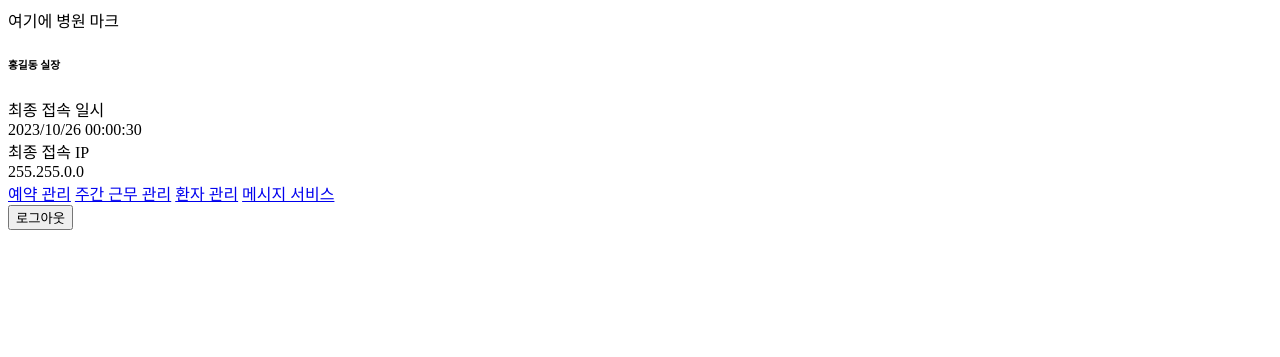
Repository: j-pyohub/LIBRARY_PROJECT
Page: CRM_Project/WebContent/doctorSidebar.html
These files come from the project's save history. The page is drawn as it stood at one moment and after the next save; the edit follows.
The browser window is 1280 px wide. The pictures show the whole page.

Above is the page before, as saved 2025-10-11 08:48:40.

### CRM_Project/WebContent/doctorSidebar.html
<meta charset="utf-8">
<!-- sidebar.html -->
<aside class="bg-white border-end vh-100 d-flex flex-column p-3">
  <!--  <div class="text-center mb-4">
    <img src="hospital_logo.png" alt="병원 로고" class="img-fluid" style="max-width:100px;">
  </div>-->
  	<div>여기에 병원 마크</div>
  <div class="card mb-4">

    <div class="card-body text-center">
      <h6 class="fw-bold mb-1">홍길동 <span class="text-muted">실장</span></h6>
      <div class="small text-muted">최종 접속 일시</div>
      <div class="small">2023/10/26 00:00:30</div>
      <div class="small text-muted mt-2">최종 접속 IP</div>
      <div class="small">255.255.0.0</div>
    </div>
  </div>

  <nav class="nav flex-column gap-1 mb-auto" id="sidebar-nav">
    <a href="/reserve.html" class="nav-link text-dark" data-route="reserve">예약 관리</a>
    <a href="/manageDoctorSchedule.html"   class="nav-link text-dark" data-route="manageDoctorSchedule">주간 근무 관리</a>
    <a href="/patientList.html" class="nav-link text-dark" data-route="patientList">환자 관리</a>
    <a href="/smsService.html"  class="nav-link text-dark" data-route="smsService">메시지 서비스</a>
  </nav>

  <div class="mt-4 text-center">
    <button class="btn btn-danger w-100">로그아웃</button>
  </div>
</aside>

After the next save:
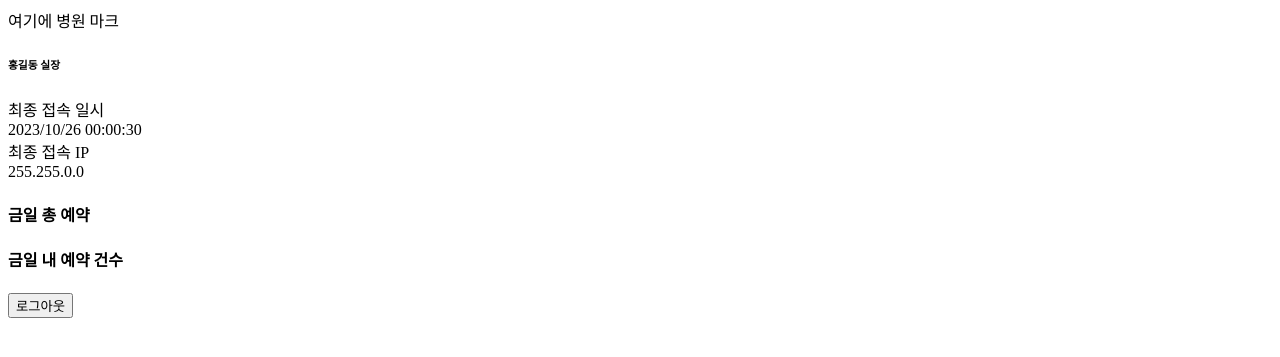
Saved 3 min 42 s later.
--- a/CRM_Project/WebContent/doctorSidebar.html
+++ b/CRM_Project/WebContent/doctorSidebar.html
@@ -16,12 +16,10 @@
     </div>
   </div>
 
-  <nav class="nav flex-column gap-1 mb-auto" id="sidebar-nav">
-    <a href="/reserve.html" class="nav-link text-dark" data-route="reserve">예약 관리</a>
-    <a href="/manageDoctorSchedule.html"   class="nav-link text-dark" data-route="manageDoctorSchedule">주간 근무 관리</a>
-    <a href="/patientList.html" class="nav-link text-dark" data-route="patientList">환자 관리</a>
-    <a href="/smsService.html"  class="nav-link text-dark" data-route="smsService">메시지 서비스</a>
-  </nav>
+ <div>
+ <h4>금일 총 예약</h4>
+ <h4>금일 내 예약 건수</h4>
+ </div>
 
   <div class="mt-4 text-center">
     <button class="btn btn-danger w-100">로그아웃</button>
